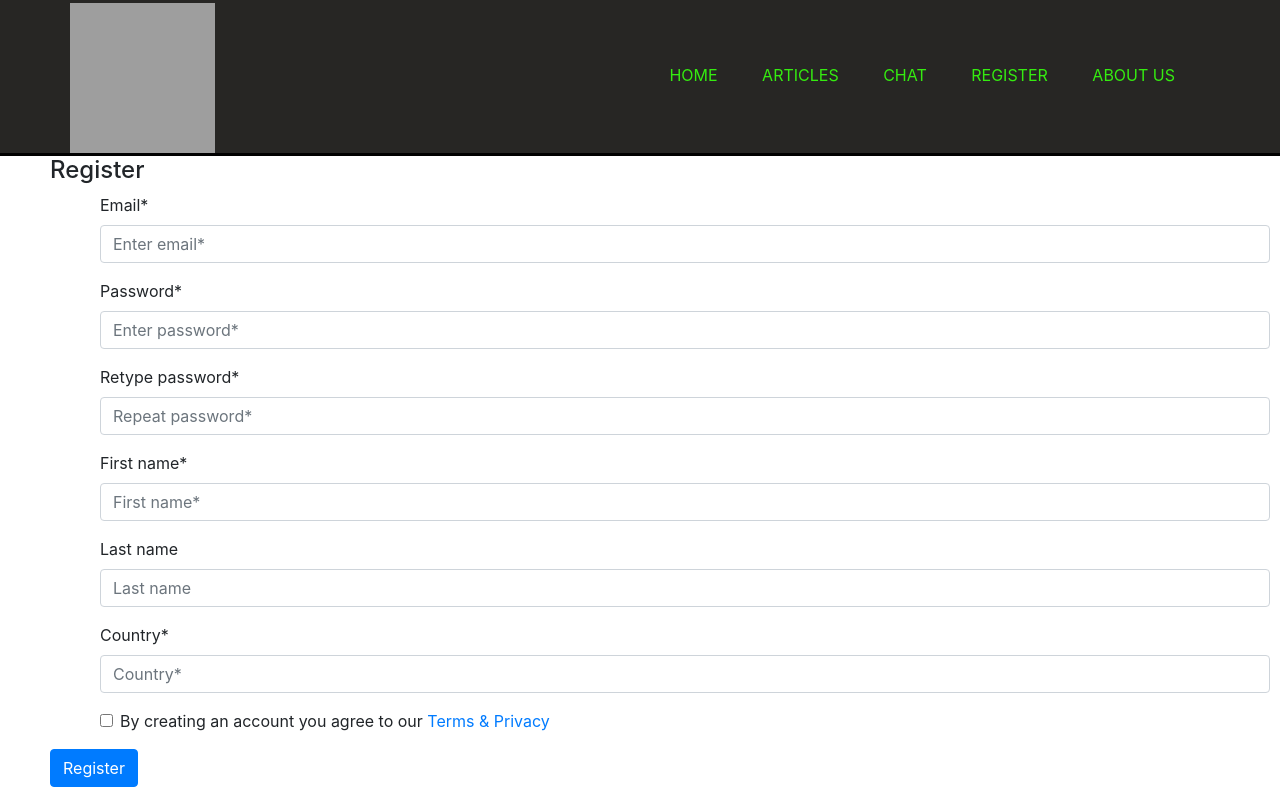
Repository: elvitasaukitena/Web
Page: register/register.html
These files come from the project's save history. The page is drawn as it stood at one moment and after the next save; the edit follows.
The browser window is 1280 px wide. The pictures show the whole page.
Pictures or frames that could not be fetched are drawn as grey boxes.

Above is the page before, as saved 2018-08-08 14:57:59.

### register/register.html
<!DOCTYPE html>
<html lang="en">

<head>
    <meta charset="UTF-8">
    <meta name="viewport" content="width=device-width, initial-scale=1.0">
    <meta http-equiv="X-UA-Compatible" content="ie=edge">
    <title>Document</title>
    <link rel="stylesheet" type="text/css" media="screen" href="register.css" />
    <link rel="stylesheet" href="https://stackpath.bootstrapcdn.com/bootstrap/4.1.3/css/bootstrap.min.css" integrity="sha384-MCw98/SFnGE8fJT3GXwEOngsV7Zt27NXFoaoApmYm81iuXoPkFOJwJ8ERdknLPMO"
        crossorigin="anonymous">

</head>

<body>
    <header>
        <div class="container">
            <div id="branding">
                <a href="../homepage/home.html">
                    <img id="img1" src="https://orig00.deviantart.net/999e/f/2017/347/7/e/cute_cat_gif_version_by_byanchalovelemon-dbwlb8v.gif">

                </a>
            </div>
            <div>

                <nav>
                    <ul>
                        <li>
                            <a href="../home/home.html">Home</a>
                        </li>
                        <li>
                            <a href="../articles/articles.html">Articles</a>
                        </li>
                        <li>
                            <a href="../chat/chat.html">Chat</a>
                        </li>
                        <li>
                            <a href="../register/register.html">Register</a>
                        </li>
                        <li>
                            <a href="../about us/about.html">About Us</a>
                        </li>
                    </ul>
                </nav>

            </div>

    </header>

    <div class="register">

            <form class="needs-validation" id="signup_form" action="../src/index.html" target="_blank" method="POST" novalidate>
                <h4 id="reg_title">Register</h4>
                <div class="form-group">
                    <label for="email">Email*</label>
                    <input type="email" class="form-control" id="email" placeholder="Enter email*" name="email" required>
                </div>
                <div class="form-group">
                    <label for="pwd">Password*</label>
                    <input type="password" class="form-control" id="password" placeholder="Enter password*" name="password" required>
                </div>
                <div class="form-group">
                    <label for="pwd">Retype password*</label>
                    <input type="password" class="form-control" id="confirmpassword" placeholder="Repeat password*" name="confirmpassword" required>
                </div>
                <div class="form-group">
                    <label for="pwd">First name*</label>
                    <input type="text" class="form-control" id="firstN" placeholder="First name*" name="firstN" required>
                </div>
                <div class="form-group">
                    <label for="pwd">Last name</label>
                    <input type="text" class="form-control" id="lastN" placeholder="Last name" name="lastN" required>
                </div>
                <div class="form-group">
                    <label for="pwd">Country*</label>
                    <input type="text" class="form-control" id="country" placeholder="Country*" name="country" required>
                </div>

                <div class="form-group">
                    <div class="form-check">
                        <input class="form-check-input" type="checkbox" id="checkbox1" name="checkbox" required>
                        <label class="form-check-label" for="checkbox1">By creating an account you agree to our
                            <a href="#">Terms &#38; Privacy</a>
                        </label>

                    </div>
                </div>

                <button type="submit" class="btn btn-primary" value="Submit" onClick="validatePassword();">Register</button>

            </form>

        </div>

</body>

</html>

### register/register.css
body{
    font-family: Arial, Helvetica, sans-serif;
    font-size: 15px;
    line-height: 1,5;
    font: 15px/1,5 Arial, Helvetica, sans-serif;
    padding:0;
    margin:0;
    background-color: rgb(192, 189, 189);
}

.container{
    width: 40%;
    margin:auto;
    overflow:hidden;
}


header ul{
    margin:0;
    padding:0;

}


header{
    background: #272624;
    color: #ffffff;
    padding-top: 3px;
    min-height: 40px;
    border-bottom: #000000 3px solid;
}

header #branding{
    float: left;
    margin-left: -20px;
    margin-top: 0px;
    margin-bottom: 0px;
}

header #img1{
    height: 150px;
    width: 150px;
}

header a{
    color: #35ec10;
    text-decoration: none;
    text-transform: uppercase;
    font: size 16;
}

header nav{
    float: right;
    margin-top: 60px;
}

header li{
    display: inline;
    padding: 0 20px 0 20px;
}
.register {
    padding: 0 10px 0 50px;
}
.form-group {
    margin-left: 50px;
}

After the next save:
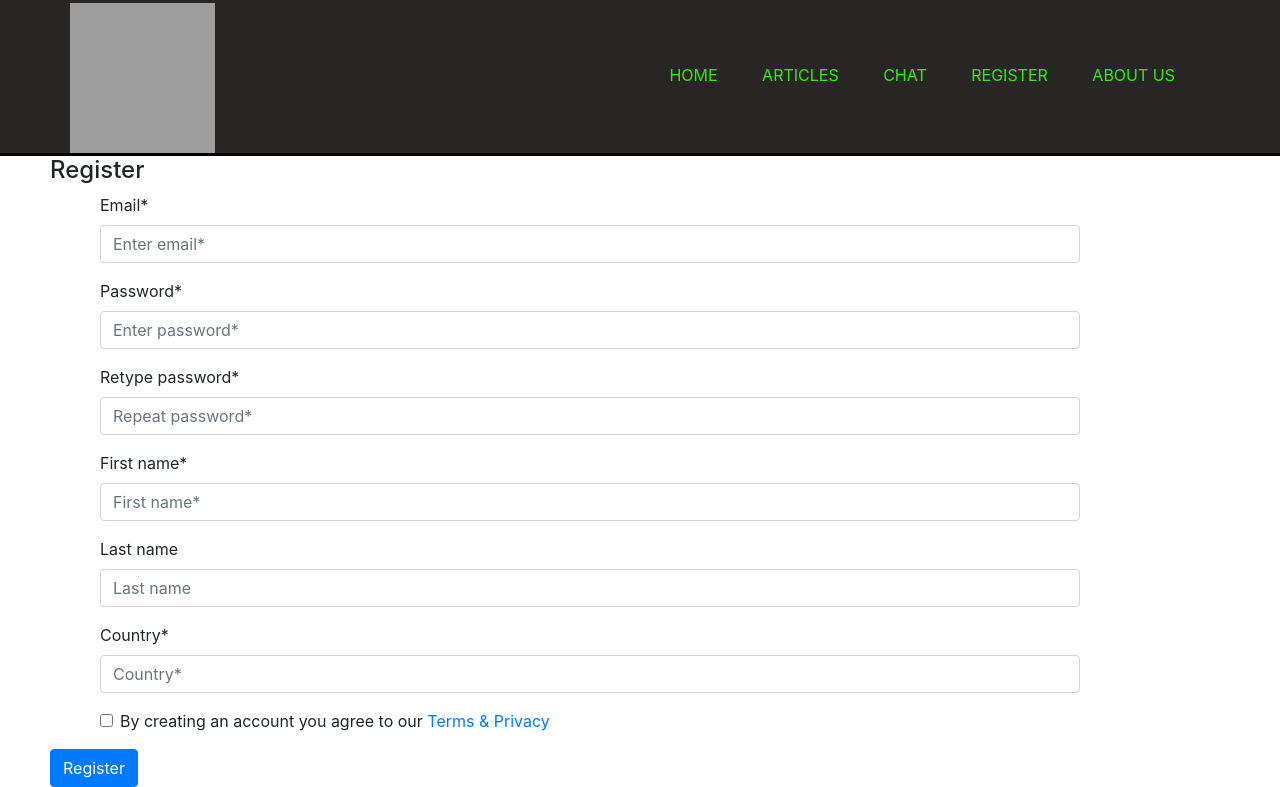
Saved 17 s later.
--- a/register/register.css
+++ b/register/register.css
@@ -59,7 +59,7 @@
     padding: 0 20px 0 20px;
 }
 .register {
-    padding: 0 10px 0 50px;
+    padding: 0 200px 0 50px;
 }
 .form-group {
     margin-left: 50px;
